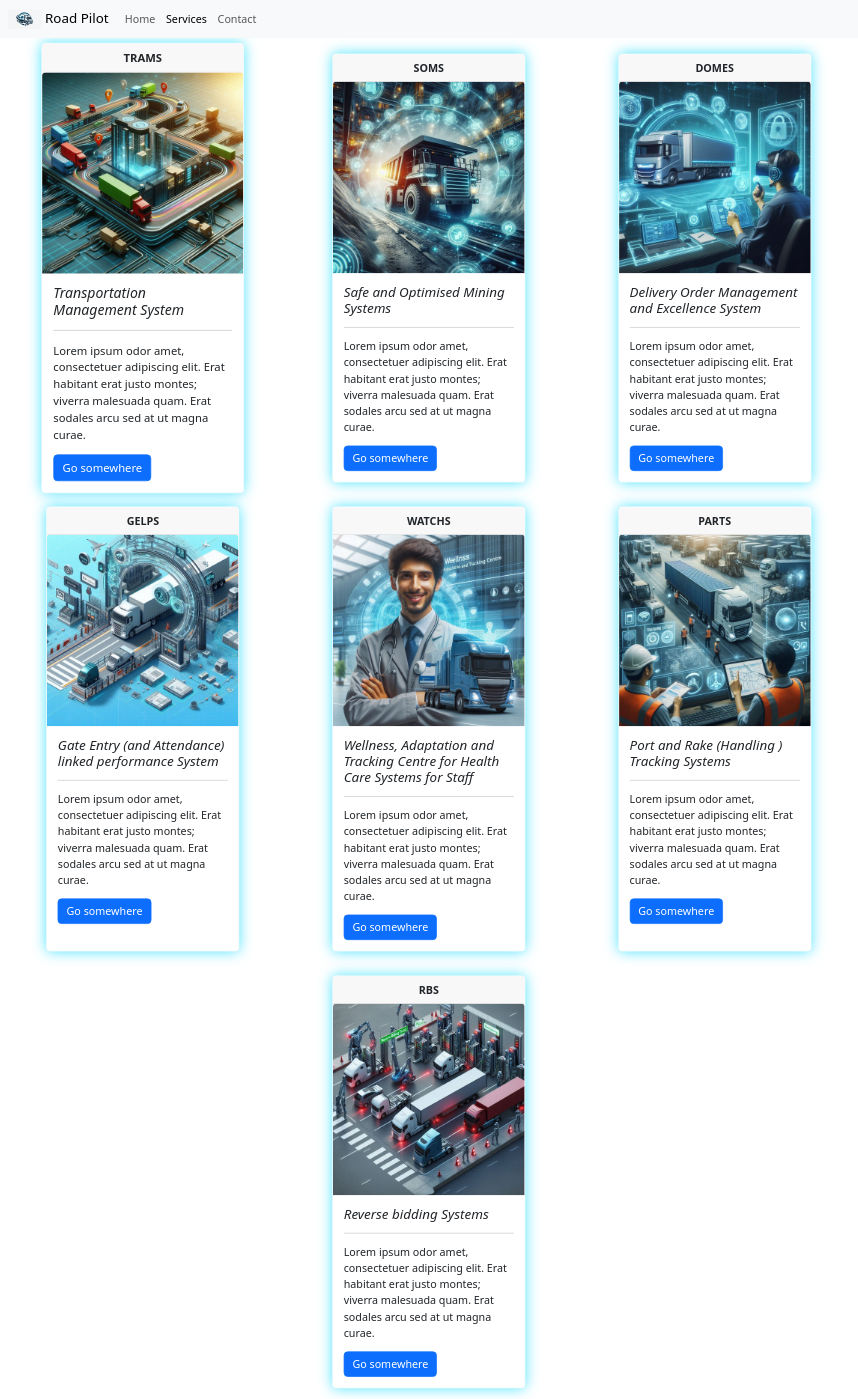
Repository: VictoriousMango/WebCreator
Page: pages/Services.html
An editor plug-in stored every save of this project. The page is shown before and after the next save, followed by the edit.
The browser window is 1280 px wide. The pictures show the whole page, at 67% of full size.
The pointer rests on the first visible `.card`.

Above is the page before, as saved 2024-11-09 12:22:45.

### pages/Services.html
<!DOCTYPE html>
<html lang="en">

<head>
    <meta charset="UTF-8">
    <meta name="viewport" content="width=device-width, initial-scale=1.0">
    <title>Web Creator</title>
    <link href="https://cdn.jsdelivr.net/npm/bootstrap@5.3.3/dist/css/bootstrap.min.css" rel="stylesheet"
        integrity="sha384-QWTKZyjpPEjISv5WaRU9OFeRpok6YctnYmDr5pNlyT2bRjXh0JMhjY6hW+ALEwIH" crossorigin="anonymous">
    <link rel="stylesheet" href="../assets/css/services.css">
</head>

<body>
    <!-- Navbar -->
    <nav class="navbar navbar-expand-lg bg-body-tertiary">
        <div class="container-fluid">
            <a class="navbar-brand" href="#">
                <img src="../assets/images/Logo.png" alt="Logo" width="50px" class="d-inline-block align-text-top">
                Road Pilot
            </a>
            <button class="navbar-toggler" type="button" data-bs-toggle="collapse" data-bs-target="#navbarNav"
                aria-controls="navbarNav" aria-expanded="false" aria-label="Toggle navigation">
                <span class="navbar-toggler-icon"></span>
            </button>
            <div class="collapse navbar-collapse" id="navbarNav">
                <ul class="navbar-nav">
                    <li class="nav-item">
                        <a class="nav-link" href="../">Home</a>
                    </li>
                    <li class="nav-item">
                        <a class="nav-link active" aria-current="page" href="#">Services</a>
                    </li>
                    <li class="nav-item">
                        <a class="nav-link" href="./contact.html">Contact</a>
                    </li>
                </ul>
            </div>
        </div>
    </nav>
    <!-- NavBar -->
    <!-- Solutions/Softwares we may provide
            *Transportation Management System (TRAMS)
            *Safe and Optimised Mining Systems (SOMS)
            *Delivery Order Management and Excellence System (DOMES)
            *Gate Entry (and Attendance) linked performance System (GELPS)
            *Wellness ,Adaptation and Tracking Centre for Health Care Systems for Staff(WATCHS)
            *Port and Rake (Handling ) Tracking Systems(PARTS)
            *Reverse bidding Systems
    -->
    <div class="services">
        <!-- TRAMS -->
        <div class="card border-light mb-3" style="width: 18rem;">
            <div class="card-header">
                <b>TRAMS</b>
            </div>
            <img src="../assets/images/TRAMS.png" class="card-img-top" alt="...">
            <div class="card-body">
                <h5 class="card-title"><i>Transportation Management System</i></h5>
                <hr>
                <p class="card-text">Lorem ipsum odor amet, consectetuer adipiscing elit. Erat habitant erat justo montes; viverra malesuada quam. Erat sodales arcu sed at ut magna curae.</p>
                <a href="#" class="btn btn-primary">Go somewhere</a>
            </div>
        </div>
        <!-- SOMS -->
        <div class="card border-light mb-3" style="width: 18rem;">
            <div class="card-header">
                <b>SOMS</b>
            </div>
            <img src="../assets/images/SOMS.png" class="card-img-top" alt="...">
            <div class="card-body">
                <h5 class="card-title"><i>Safe and Optimised Mining Systems</i></h5>
                <hr>
                <p class="card-text">Lorem ipsum odor amet, consectetuer adipiscing elit. Erat habitant erat justo montes; viverra malesuada quam. Erat sodales arcu sed at ut magna curae.</p>
                <a href="#" class="btn btn-primary">Go somewhere</a>
            </div>
        </div>
        <!-- DOMES -->
        <div class="card border-light mb-3" style="width: 18rem;">
            <div class="card-header">
                <b>DOMES</b>
            </div>
            <img src="../assets/images/DOMES.png" class="card-img-top" alt="...">
            <div class="card-body">
                <h5 class="card-title"><i>Delivery Order Management and Excellence System</i></h5>
                <hr>
                <p class="card-text">Lorem ipsum odor amet, consectetuer adipiscing elit. Erat habitant erat justo montes; viverra malesuada quam. Erat sodales arcu sed at ut magna curae.</p>
                <a href="#" class="btn btn-primary">Go somewhere</a>
            </div>
        </div>
        <!-- GELPS -->
        <div class="card border-light mb-3" style="width: 18rem;">
            <div class="card-header">
                <b>GELPS</b>
            </div>
            <img src="../assets/images/GELPS.png" class="card-img-top" alt="...">
            <div class="card-body">
                <h5 class="card-title"><i>
                    Gate Entry (and Attendance) linked performance System
                </i></h5>
                <hr>
                <p class="card-text">Lorem ipsum odor amet, consectetuer adipiscing elit. Erat habitant erat justo montes; viverra malesuada quam. Erat sodales arcu sed at ut magna curae.</p>
                <a href="#" class="btn btn-primary">Go somewhere</a>
            </div>
        </div>
        <!-- WATCHS -->
        <div class="card border-light mb-3" style="width: 18rem;">
            <div class="card-header">
                <b>WATCHS</b>
            </div>
            <img src="../assets/images/WATCHS.png" class="card-img-top" alt="...">
            <div class="card-body">
                <h5 class="card-title"><i>Wellness, Adaptation and Tracking Centre for Health Care Systems for Staff</i></h5>
                <hr>
                <p class="card-text">Lorem ipsum odor amet, consectetuer adipiscing elit. Erat habitant erat justo montes; viverra malesuada quam. Erat sodales arcu sed at ut magna curae.</p>
                <a href="#" class="btn btn-primary">Go somewhere</a>
            </div>
        </div>
        <!-- PARTS -->
        <div class="card border-light mb-3" style="width: 18rem;">
            <div class="card-header">
                <b>PARTS</b>
            </div>
            <img src="../assets/images/PARTS.png" class="card-img-top" alt="...">
            <div class="card-body">
                <h5 class="card-title"><i>Port and Rake (Handling ) Tracking Systems</i></h5>
                <hr>
                <p class="card-text">Lorem ipsum odor amet, consectetuer adipiscing elit. Erat habitant erat justo montes; viverra malesuada quam. Erat sodales arcu sed at ut magna curae.</p>
                <a href="#" class="btn btn-primary">Go somewhere</a>
            </div>
        </div>
        <!-- RBS -->
        <div class="card border-light mb-3" style="width: 18rem;">
            <div class="card-header">
                <b>RBS</b>
            </div>
            <img src="../assets/images/RBS.png" class="card-img-top" alt="...">
            <div class="card-body">
                <h5 class="card-title"><i>Reverse bidding Systems</i></h5>
                <hr>
                <p class="card-text">Lorem ipsum odor amet, consectetuer adipiscing elit. Erat habitant erat justo montes; viverra malesuada quam. Erat sodales arcu sed at ut magna curae.</p>
                <a href="#" class="btn btn-primary">Go somewhere</a>
            </div>
        </div>
    </div>


    <!-- Scripts -->
    <script src="https://cdn.jsdelivr.net/npm/bootstrap@5.3.3/dist/js/bootstrap.bundle.min.js"
        integrity="sha384-YvpcrYf0tY3lHB60NNkmXc5s9fDVZLESaAA55NDzOxhy9GkcIdslK1eN7N6jIeHz"
        crossorigin="anonymous"></script>
    <script src="https://cdn.jsdelivr.net/npm/@popperjs/core@2.11.8/dist/umd/popper.min.js"
        integrity="sha384-I7E8VVD/ismYTF4hNIPjVp/Zjvgyol6VFvRkX/vR+Vc4jQkC+hVqc2pM8ODewa9r"
        crossorigin="anonymous"></script>
    <script src="https://cdn.jsdelivr.net/npm/bootstrap@5.3.3/dist/js/bootstrap.min.js"
        integrity="sha384-0pUGZvbkm6XF6gxjEnlmuGrJXVbNuzT9qBBavbLwCsOGabYfZo0T0to5eqruptLy"
        crossorigin="anonymous"></script>
</body>

</html>

### assets/css/services.css
.navbar {
    background-color: rgba(208, 255, 255, 0.8);
    position: fixed; /* Make the navbar fixed */
    top: 0; /* Stick to the top */
    width: 100%; /* Full width */
    z-index: 1000; /* Ensure it stays above other content */
}

.services {
    padding-top: 60px;
    display: flex;
    flex-wrap: wrap;
    justify-content: space-around;
}

.card {
    width: 200px;
    margin: 20px;
    box-shadow: 0 0 20px rgba(0, 217, 255, 0.7);
}

.card:hover {
    transform: scale(1.05);
    transition: ease-in-out;
    box-shadow: 0 0 20px rgba(0, 217, 255, 0.7); /* Change the color and intensity as needed */
}

.card-header {
    display: flex;
    justify-content: center;
}

After the next save:
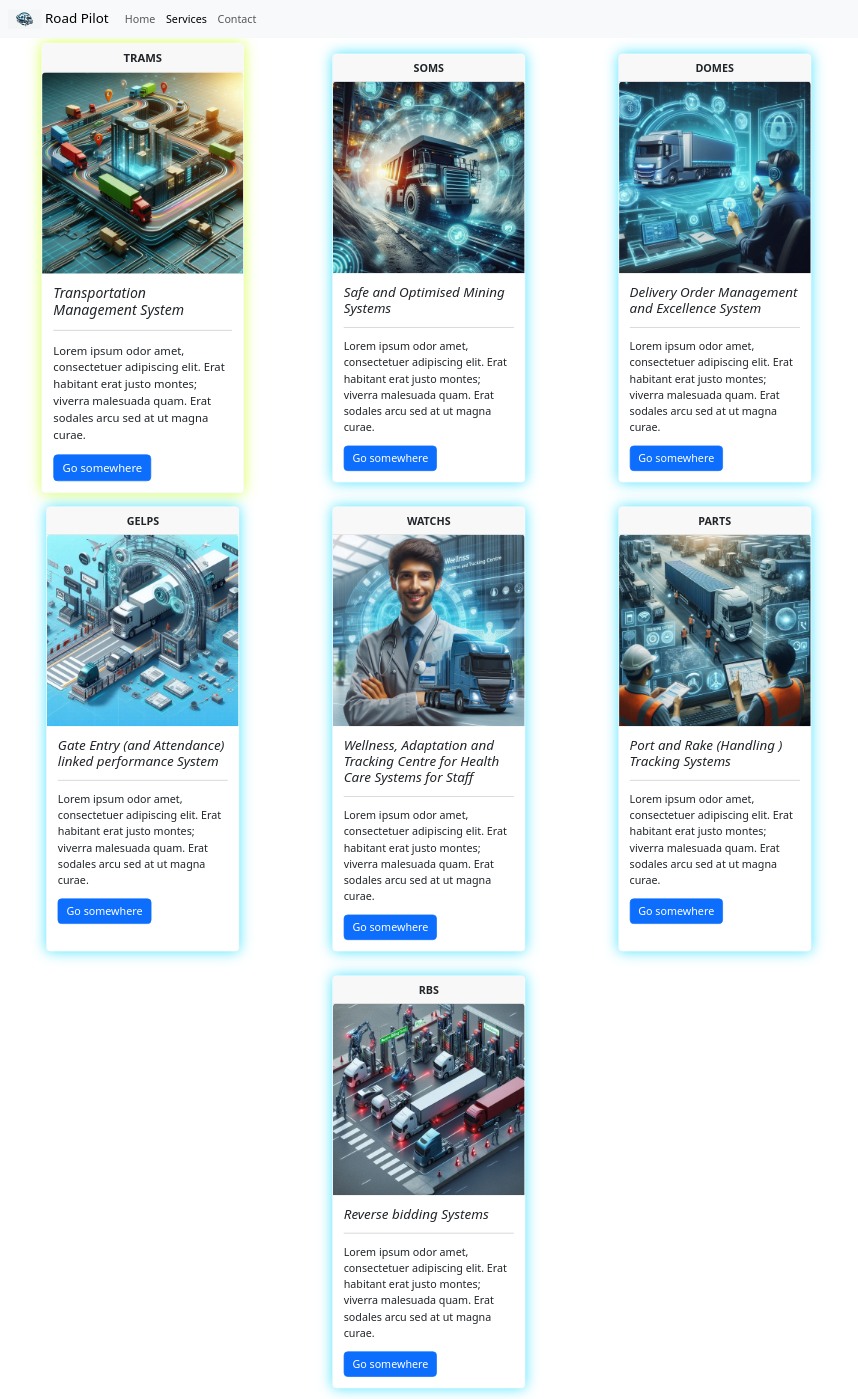
Saved 16 s later.
--- a/assets/css/services.css
+++ b/assets/css/services.css
@@ -22,7 +22,7 @@
 .card:hover {
     transform: scale(1.05);
     transition: ease-in-out;
-    box-shadow: 0 0 20px rgba(0, 217, 255, 0.7); /* Change the color and intensity as needed */
+    box-shadow: 0 0 20px rgba(200, 255, 0, 0.7); /* Change the color and intensity as needed */
 }
 
 .card-header {
